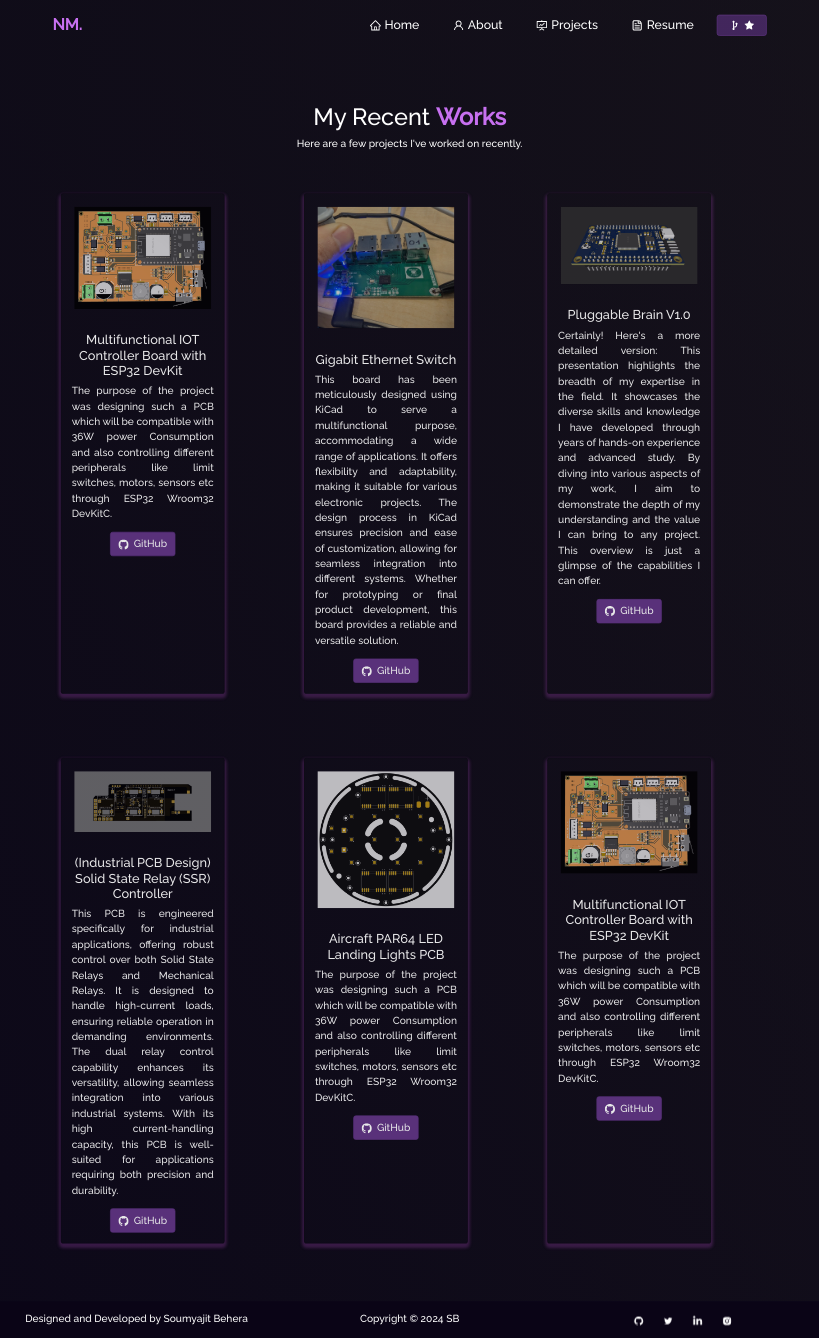
Repository: nenadMarkorvic/personal-website
Page: /project
An editor plug-in stored every save of this project. The page is shown before and after the next save, followed by the edit.
The browser window is 1280 px wide. The pictures show the whole page, at 64% of full size.
The project was rebuilt for these pictures with package versions that can differ from the ones it lists, and the page was loaded fresh each time. Also part of the build but not shown: src/components/Home/Home2.js, src/components/Home/Type.js, src/components/Home/Home.js, src/components/About/Github.js, src/components/About/AboutCard.js, src/components/About/Toolstack.js, src/components/About/About.js, src/components/Resume/ResumeNew.js. Imported but missing from the stored project, and not drawn on this page: src/Assets/Nenad Markovic_pcb.pdf.

Above is the page before, as saved 2024-08-29 11:26:52.

After the next save:
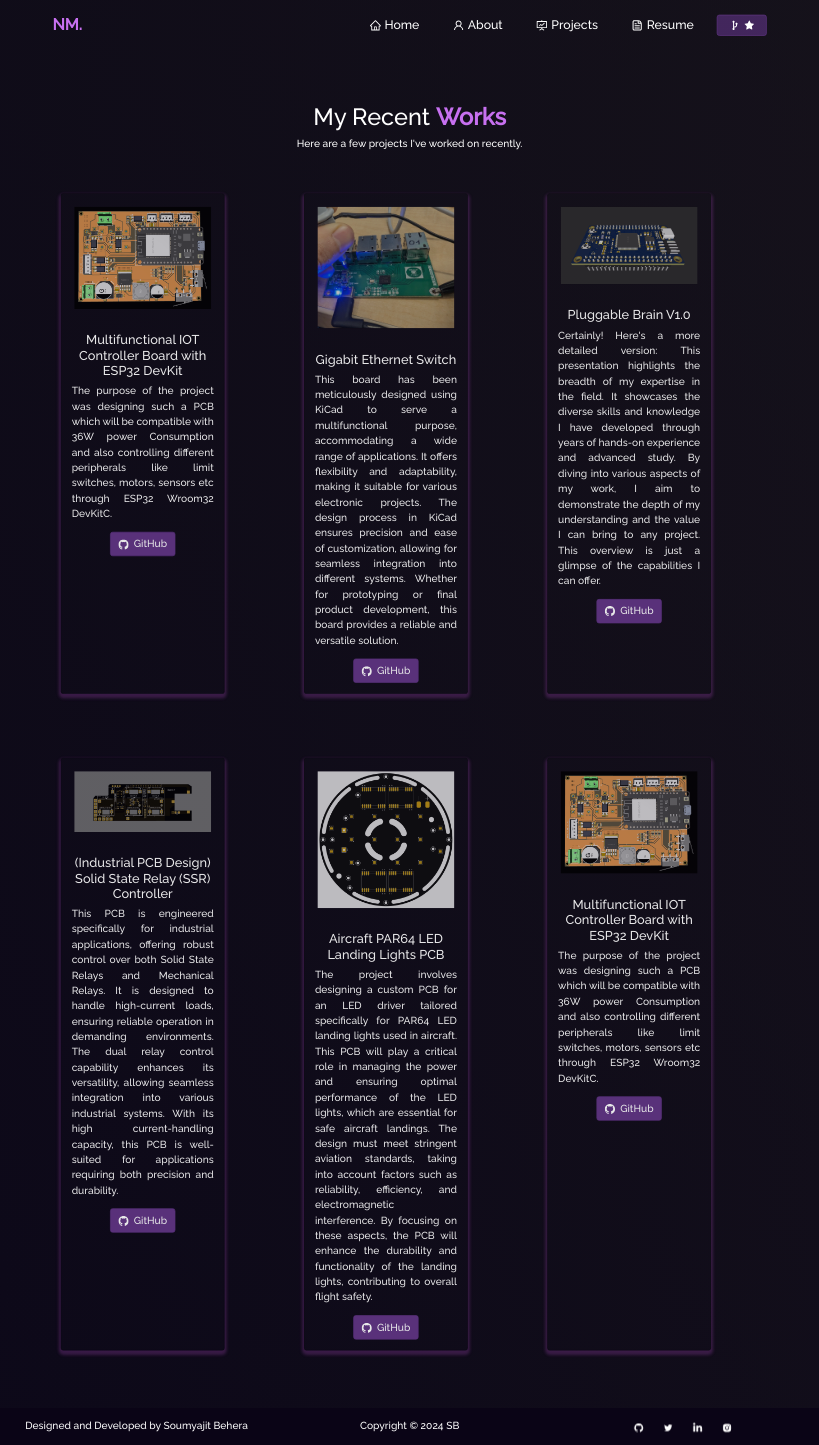
Saved 37 s later.
--- a/src/components/Projects/Projects.js
+++ b/src/components/Projects/Projects.js
@@ -61,7 +61,7 @@ This PCB is engineered specifically for industrial applications, offering robust
               imgPath={project5}
               isBlog={false}
               title="Aircraft PAR64 LED Landing Lights PCB"
-              description="The purpose of the project was designing such a PCB which will be compatible with 36W power Consumption and also controlling different peripherals like limit switches, motors, sensors etc through ESP32 Wroom32 DevKitC."
+              description="The project involves designing a custom PCB for an LED driver tailored specifically for PAR64 LED landing lights used in aircraft. This PCB will play a critical role in managing the power and ensuring optimal performance of the LED lights, which are essential for safe aircraft landings. The design must meet stringent aviation standards, taking into account factors such as reliability, efficiency, and electromagnetic interference. By focusing on these aspects, the PCB will enhance the durability and functionality of the landing lights, contributing to overall flight safety."
               ghLink=""
             />
           </Col><Col md={4} className="project-card">
